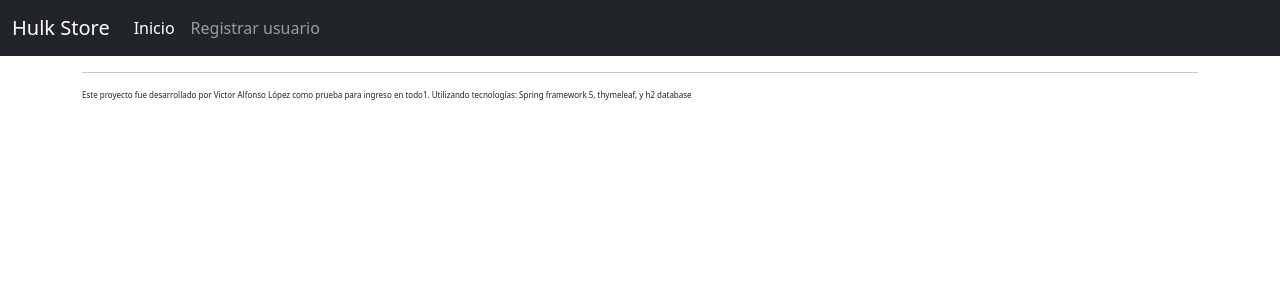
Repository: alfonsoLopez1992/PruebaTODO1
Page: http://localhost/index
The author's editor kept a copy of each file at every save. The page is drawn from the files as they stood at one save, then again after the next save.
The browser window is 1280 px wide. The pictures show the whole page.
Some web libraries are served in a nearby version. The page is this project's Thymeleaf template; nobody is signed in. The template is opened directly, without the code that normally fills it, so the values that code supplies are empty.

Above is the page before, as saved 2021-02-15 19:34:28.

After the next save:
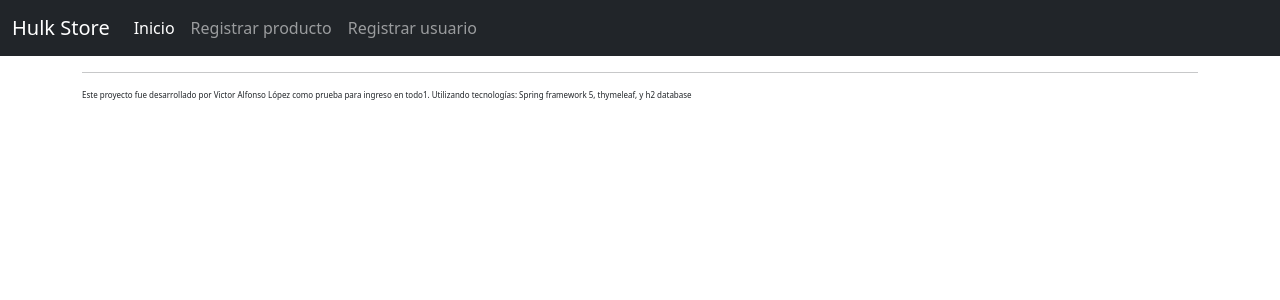
Saved 19 s later.
--- a/hulk-store-internet/src/main/resources/templates/layout/layout.html
+++ b/hulk-store-internet/src/main/resources/templates/layout/layout.html
@@ -25,6 +25,9 @@
 					<ul class="navbar-nav">
 						<li class="nav-item"><a class="nav-link active"
 							aria-current="page" href="index">Inicio</a></li>
+
+						<li class="nav-item"><a class="nav-link" href="registrar">Registrar producto</a>
+						</li>
 						<li class="nav-item"><a class="nav-link" href="registrar">Registrar usuario</a>
 						</li>
 					</ul>
